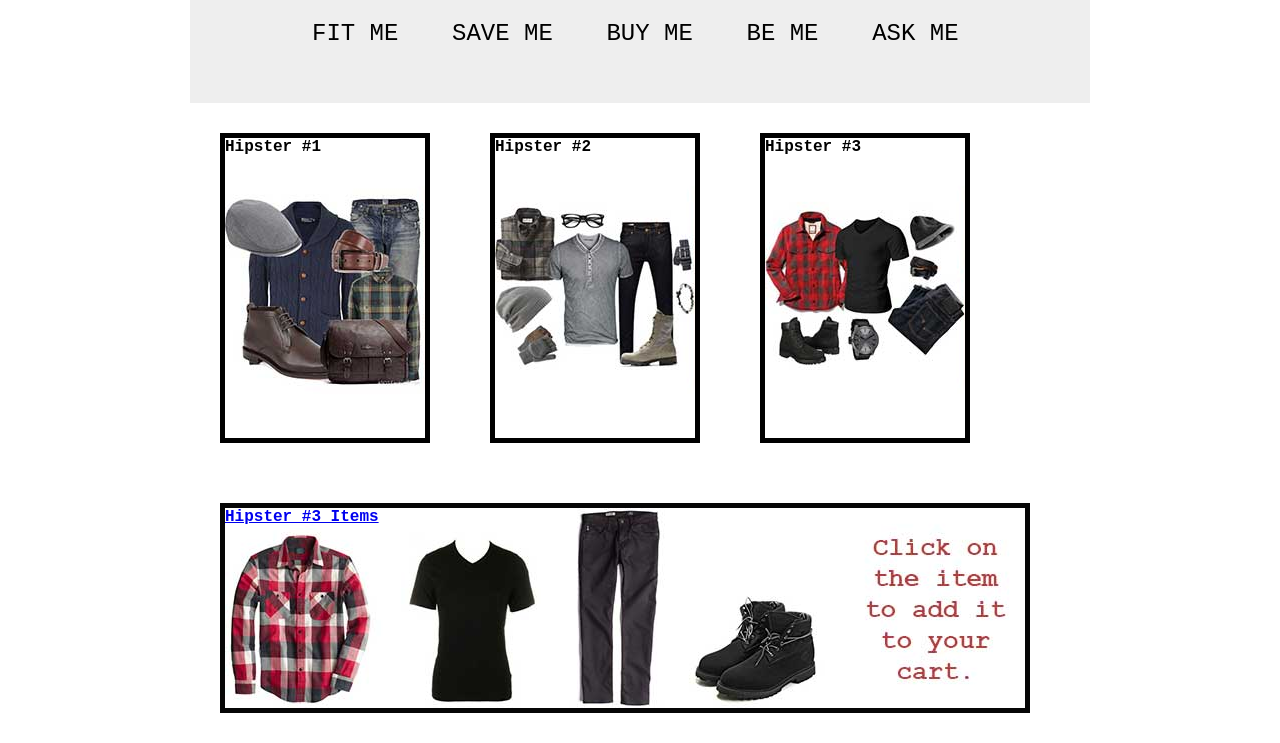
Repository: kesquili/kesquili.github.io
Page: fitin/buyme_hipster.html
The author's editor kept a record of every edit. The page is drawn from the files as they stood at one moment, then again after the next edit.
The browser window is 1280 px wide. The pictures show the whole page.

Above is the page before.
Console error: ReferenceError: $ is not defined

### fitin/buyme_hipster.html
<!doctype html>
<html>
<head>
<meta charset="UTF-8">
<link href="styles.css" rel="stylesheet" type="text/css">
<script type="text/javascript" src="script.js"></script>
<title>FitIn</title>
</head>

<body>
  <div class="wrapper">
     <nav>
      <ul>
          <li><a href="fitme.html">FIT ME</a></li>
          <li><a href="saveme.html">SAVE ME</a></li>
          <li><a href="buyme_americana.html">BUY ME</a></li>
          <li><a href="beme.html">BE ME</a></li>
          <li><a href="askme.html">ASK ME</a></li>
      </ul>
     </nav>
        <br>
        <br>
     <div class="results">
        <h4 id="hipster1">Hipster #1</h4>
        <h4 id="hipster2">Hipster #2</h4>
        <h4 id="hipster3">Hipster #3</h4>
     </div>
     <div class="breakdown">
         <h4 id="hipster"><a href="saveme.html">Hipster #3 Items</a></h4>
     </div>
  </div>

<script type="text/javascript" src="jquery-1.11.2.min.js"></script>
<script type="text/javascript" src="script.js"></script>
</body>
</html>

### fitin/styles.css
@charset "UTF-8";
/* CSS Document */

body {
font: 14px;
font-style: bold;
font-family: "Courier New", Courier;
margin: 0;
padding: 0;
}

.wrapper {
	width: 900px;
	margin: 0 auto;
	background-color: #eee;
	height: 100%;
}
nav {
    width: 700px;
    margin: 0 auto;
    padding: 20px;
}
nav a{
    color: black;
    text-decoration: none;
    font-size: 24px;
    margin: 10px 20px;
    border: 2px solid transparent;
}
nav a:hover {
	color: #9C0310;
	border: 2px dotted #9C0310;
}

ul{
    list-style-type: none;
    margin: 0;
    padding: 0;
}

li{
    display: inline;
}

select{
}

.form{
    margin: 0 auto;
}

.form h4{
    font-size: 20px;
}
.results h4:hover {
	background-position: 0px auto;
	background-position: 200px 0%;
}
.results #hipster1{
	border: 5px;
	border-color: black;
	border-style: solid;
	margin: 30px;
	width: 200px;
	height: 300px;
	float: left;
	background-image: url(Images/hipstersprite1.jpg);
}
.results #hipster2{
	border: 5px;
	border-color: black;
	border-style: solid;
	margin: 30px;
	width: 200px;
	height: 300px;
	float: left;
	background-image: url(Images/hipstersprite2.jpg);
}
.results #hipster3{
	border: 5px;
	border-color: black;
	border-style: solid;
	margin: 30px;
	width: 200px;
	height: 300px;
	float: left;
	background-image: url(Images/hipstersprite3.jpg);
}
.breakdown #hipster {
	border: 5px solid #060606;
	width: 800px;
	height: 200px;
	margin: 30px;
	display: block;
	background-image: url(Images/hipsterbreakdown1.jpg);
}
.breakdown #hipster:hover {
	border: 5px solid #060606;
	width: 800px;
	height: 200px;
	margin: 30px;
	display: block;
	background-image: url(Images/hipsterbreakdown2.jpg);
}


.results #urban1{
	border: 5px;
	border-color: black;
	border-style: solid;
	margin: 30px;
	width: 200px;
	height: 300px;
	float: left;
	background-image: url(Images/urbansprite1.jpg);
}
.results #urban2{
	border: 5px;
	border-color: black;
	border-style: solid;
	margin: 30px;
	width: 200px;
	height: 300px;
	float: left;
	background-image: url(Images/urbansprite2.jpg);
}
.results #urban3{
	border: 5px;
	border-color: black;
	border-style: solid;
	margin: 30px;
	width: 200px;
	height: 300px;
	float: left;
	background-image: url(Images/urbansprite3.jpg);
}

.breakdown #urban {
	background-image: url(Images/urbanbreakdown1.jpg);
	width: 800px;
	height: 200px;
}
.breakdown #urban:hover  {
	background-image: url(Images/urbanbreakdown2.jpg);
}

.results #americana3{
	border: 5px;
	border-color: black;
	border-style: solid;
	margin: 30px;
	width: 200px;
	height: 300px;
	float: left;
	background-image: url(Images/americanasprite3.jpg);
}
.results #americana2{
	border: 5px;
	border-color: black;
	border-style: solid;
	margin: 30px;
	width: 200px;
	height: 300px;
	float: left;
	background-image: url(Images/americanasprite2.jpg);
}
.results #americana1{
	border: 5px;
	border-color: black;
	border-style: solid;
	margin: 30px;
	width: 200px;
	height: 300px;
	float: left;
	background-image: url(Images/americanasprite1.jpg);
}

.breakdown #americana{
	width: 800px;
	height: 200px;
	border: 5px;
	border-color: black;
	border-style: solid;
	float: left;
	position: relative;
	background-image: url(Images/americanabreakdown1.jpg);
}
.breakdown #americana:hover {
	width: 800px;
	height: 200px;
	border: 5px;
	border-color: black;
	border-style: solid;
	float: left;
	position: relative;
	background-image: url(Images/americanabreakdown2.jpg);
}

.breakdown h4{
	border: 5px;
	border-color: black;
	border-style: solid;
	float: left;
	position: relative;
}



.sideimage {
	border: 10px solid black;
	width: 300px;
	height: 460px;
	float: left;
	margin-right: 12px;
	background-image: url(Images/Ask-Me.jpg);
}

.signup{
    margin-left: 20px;
    float: left;
}

.sell{
    display: block;
    float: left;
    max-width: 500px;
    min-width: 400px;
}

h6{
    font-size: 12px;
    font-family: Helvetica, sans-serif;
    padding: 0;
    display: inline-block;
    width: 120px;
    text-align: right;
    margin: 5px 0;
}

input {
    background-color: red;
    color: white;
    border: none;
    outline: none;
}

.closet {
	margin-left: auto;
	margin-right: auto;
	display: block;
	position: relative;
	/* [disabled]clear: both; */
}
.closet h4{
	border: 5px;
	border-color: black;
	border-style: solid;
	margin-top: 30px;
	margin-right: 30px;
	margin-left: 30px;
	margin-bottom: 30px;
	width: 200px;
	height: 300px;
	float: left;
}
.closet #closet1 {
	margin-left: auto;
	margin-right: auto;
	display: block;
	position: relative;
	/* [disabled]clear: both; */
	background-image: url(Images/closet1.jpg);
}
.closet #closet2 {
	margin-left: 30px;
	margin-right: 30px;
	display: block;
	position: relative;
	/* [disabled]clear: both; */
	background-image: url(Images/closet2.jpg);
}
.closet #closet3 {
	margin-left: 30px;
	margin-right: 30px;
	display: block;
	position: relative;
	/* [disabled]clear: both; */
	background-image: url(Images/closet3.jpg);
}
.closet #closet4 {
	margin-left: 30px;
	margin-right: 30px;
	display: block;
	position: relative;
	/* [disabled]clear: both; */
	background-image: url(Images/closet4.jpg);
}
.closet #closet5 {
	margin-left: 30px;
	margin-right: 30px;
	display: block;
	position: relative;
	/* [disabled]clear: both; */
	background-image: url(Images/closet5.jpg);
}

.form form a {
	text-decoration: none;
	color: #9C0310;
	font-family: Courier New, Courier;
	font-weight: bold;
}

### fitin/script.js

 $("#americana3").click(function(){
        $("#americana").toggle();
});


$("#urban2").click(function(){
        $("#urban").toggle();
});

$("#hipster3").click(function(){
        $("#hipster").toggle();
});

Loaded but not shown: fitin/jquery-1.11.2.min.js (library)

After the next edit:
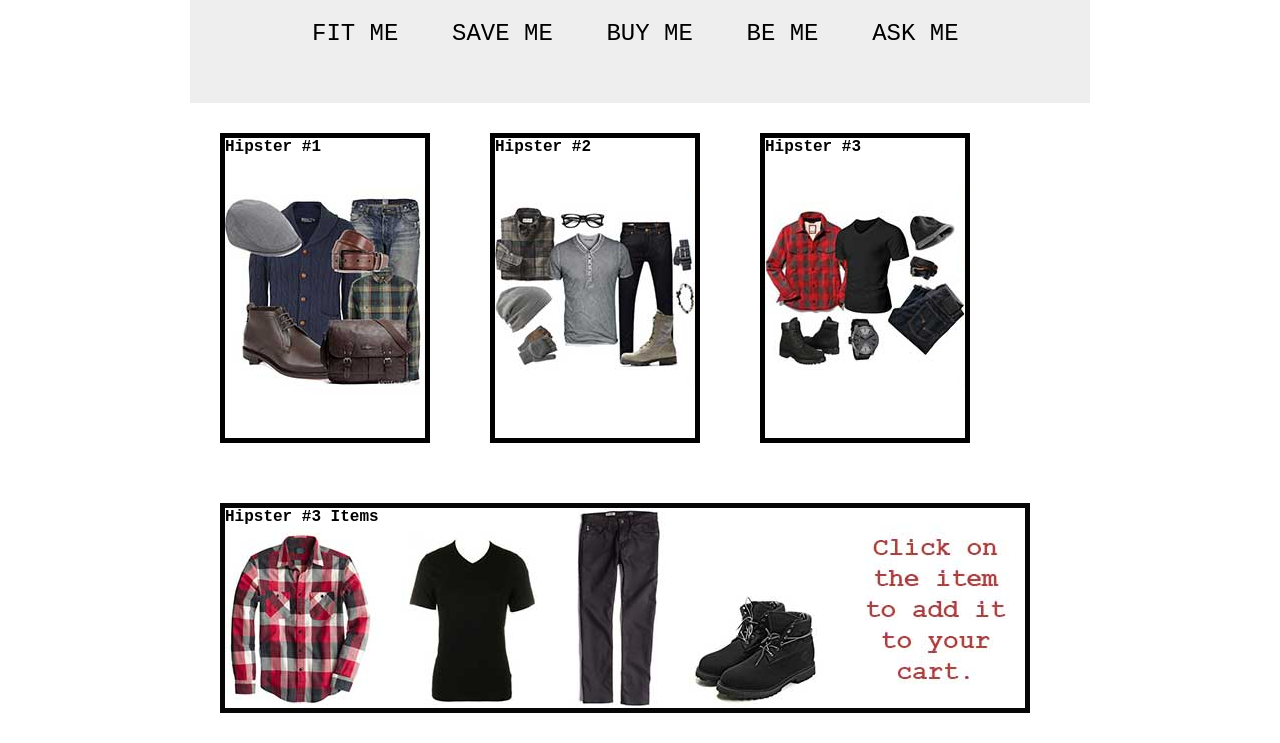
The edit:
--- a/fitin/styles.css
+++ b/fitin/styles.css
@@ -204,7 +204,10 @@
 	position: relative;
 }
 
-
+.breakdown a{
+	text-decoration: none;
+	color: black;
+}
 
 .sideimage {
 	border: 10px solid black;
